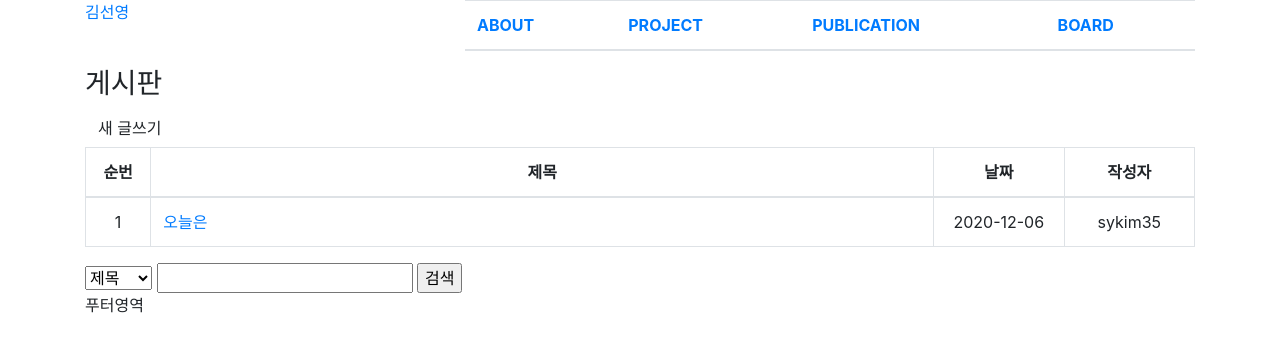
Repository: supremest35/web-projects
Page: http://localhost/noticeboard/board/list.jsp?pno=1
An editor plug-in stored every save of this project. The page is shown before and after the next save, followed by the edit.
The browser window is 1280 px wide. The pictures show the whole page.
The page is served by Tomcat 9.

Above is the page before, as saved 2020-12-06 04:11:09.

After the next save:
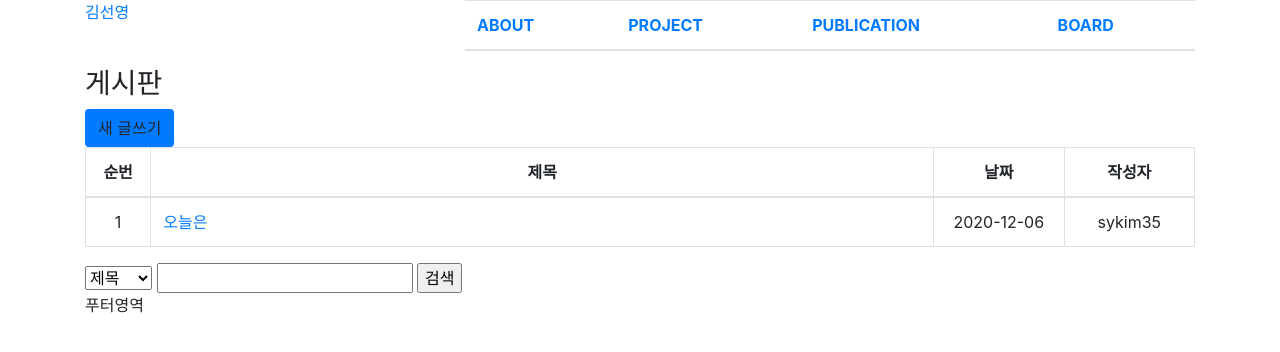
Saved 23 s later.
--- a/noticeboard/WebContent/board/list.jsp
+++ b/noticeboard/WebContent/board/list.jsp
@@ -32,7 +32,7 @@
 	<div class="row">
 		<div class="col-12">
 			<h3>게시판</h3>
-			<a href="" class="btn">새 글쓰기</a>
+			<a href="" class="btn bg-primary">새 글쓰기</a>
 		</div>
 		<div class="col-12">
 			<div class="table">
